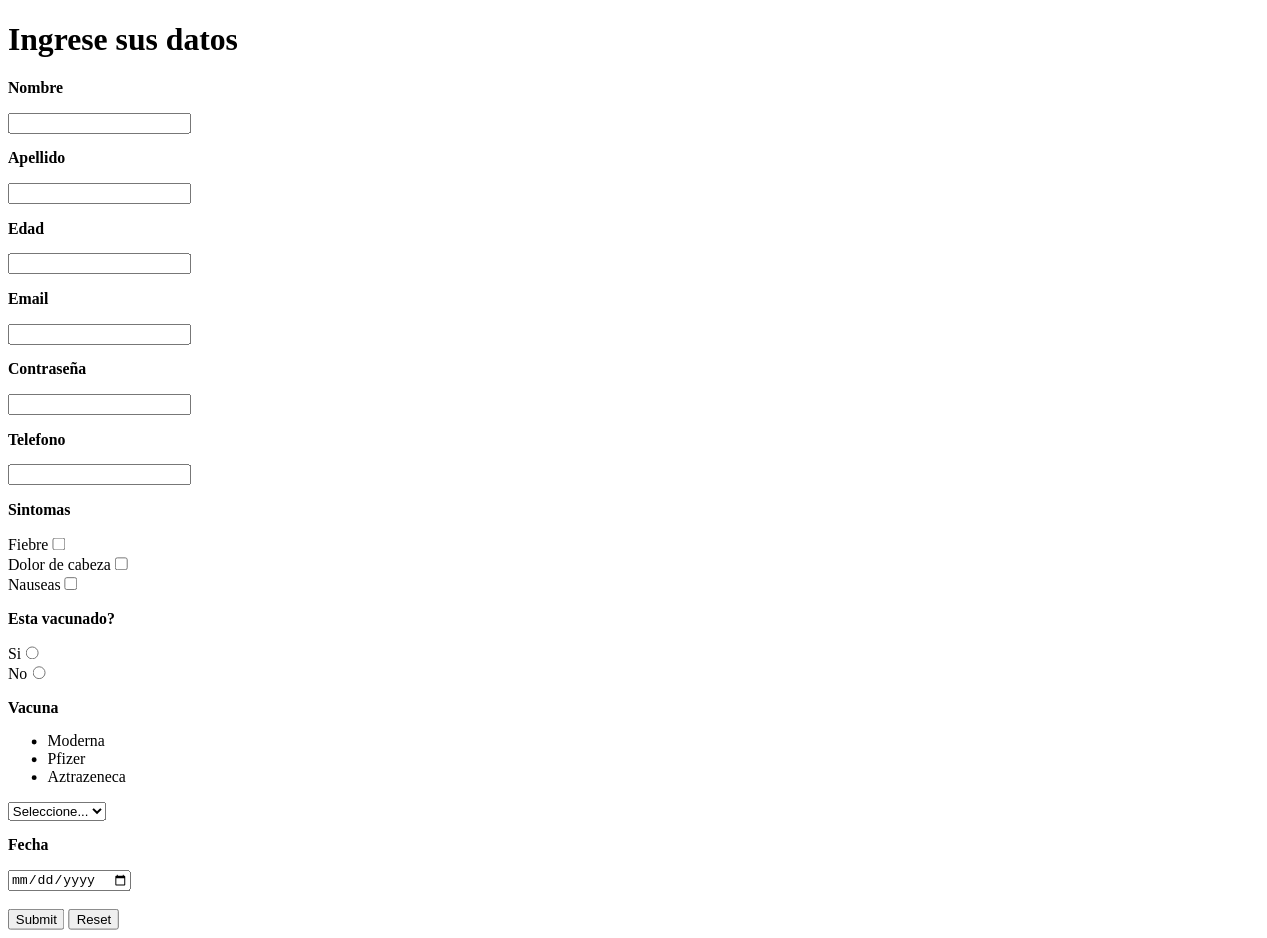
Repository: fran2708/LPPA
Page: Project 2 - Covid registration/index.html
The author's editor kept a copy of each file at every save. The page is drawn from the files as they stood at one save, then again after the next save.
The browser window is 1280 px wide. The pictures show the whole page, at 99% of full size.

Above is the page before, as saved 2022-04-19 21:22:26.

### Project 2 - Covid registration/index.html
<!DOCTYPE html>
<html lang="en">
<head>
    <meta charset="UTF-8">
    <meta http-equiv="X-UA-Compatible" content="IE=edge">
    <meta name="viewport" content="width=device-width, initial-scale=1.0">
    <title>Formulario Covid</title>
</head>
<body>
    <h1>Ingrese sus datos</h1>
    <form>
        <p><strong>Nombre</strong></p>
        <input type="text" name="nombre" required>
        <p><strong>Apellido</strong></p>
        <input type="text" name="apellido" required>
        <p><strong>Edad</strong></p>
        <input type="text" name="edad">
        <p><strong>Email</strong></p>
        <input type="email" name="email" required>
        <p><strong>Contraseña</strong></p>
        <input type="password" name="password">
        <p><strong>Telefono</strong></p>
        <input type="tel" name="telefono" required>
        <p><strong>Sintomas</strong></p>
        <label>Fiebre<input type="checkbox" name="fiebre"></label><br>
        <label>Dolor de cabeza<input type="checkbox" name="dolorCabeza"></label><br>
        <label>Nauseas<input type="checkbox" name="nauseas"></label><br>
        <p><strong>Esta vacunado?</strong></p>
        <label>Si<input type="radio" name="radioSi"></label><br>
        <label>No<input type="radio" name="radioNo"></label><br>
        <p><strong>Vacuna</strong></p>
        <ul id="vacuna-option">
            <li data-option="moderna" class="sel">Moderna</li>
            <li data-option="pfizer">Pfizer</li>
            <li data-option="aztrazeneca">Aztrazeneca</li>
        </ul>
        <select name="vacuna-option">
            <option value="select" selected>Seleccione...</option>
            <option value="azt">Aztrazeneca</option>
            <option value="moderna">Moderna</option>
            <option value="pfizer">Pfizer</option>
        </select>
        <p><strong>Fecha</strong></p>
        <input type="date" name="fecha" required><br><br>
        <button type="submit" name="submit">Submit</button>
        <button type="reset" name="reset">Reset</button>
    </form>
</body>
</html>

After the next save:
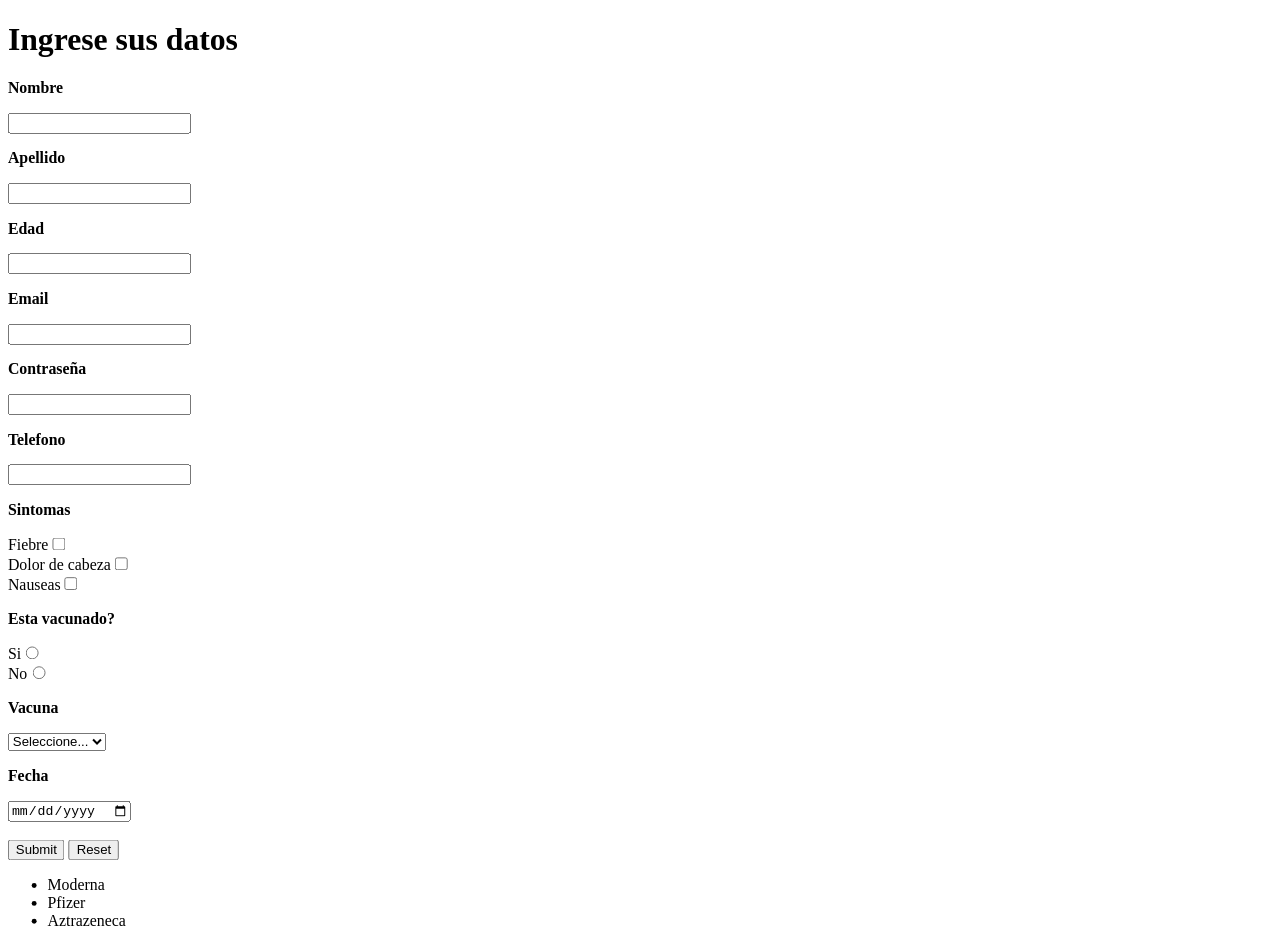
Saved 59 s later.
--- a/Project 2 - Covid registration/index.html
+++ b/Project 2 - Covid registration/index.html
@@ -29,11 +29,6 @@
         <label>Si<input type="radio" name="radioSi"></label><br>
         <label>No<input type="radio" name="radioNo"></label><br>
         <p><strong>Vacuna</strong></p>
-        <ul id="vacuna-option">
-            <li data-option="moderna" class="sel">Moderna</li>
-            <li data-option="pfizer">Pfizer</li>
-            <li data-option="aztrazeneca">Aztrazeneca</li>
-        </ul>
         <select name="vacuna-option">
             <option value="select" selected>Seleccione...</option>
             <option value="azt">Aztrazeneca</option>
@@ -45,5 +40,11 @@
         <button type="submit" name="submit">Submit</button>
         <button type="reset" name="reset">Reset</button>
     </form>
+
+    <ul id="vacuna-option">
+        <li data-option="moderna" class="sel">Moderna</li>
+        <li data-option="pfizer">Pfizer</li>
+        <li data-option="aztrazeneca">Aztrazeneca</li>
+    </ul>
 </body>
 </html>
